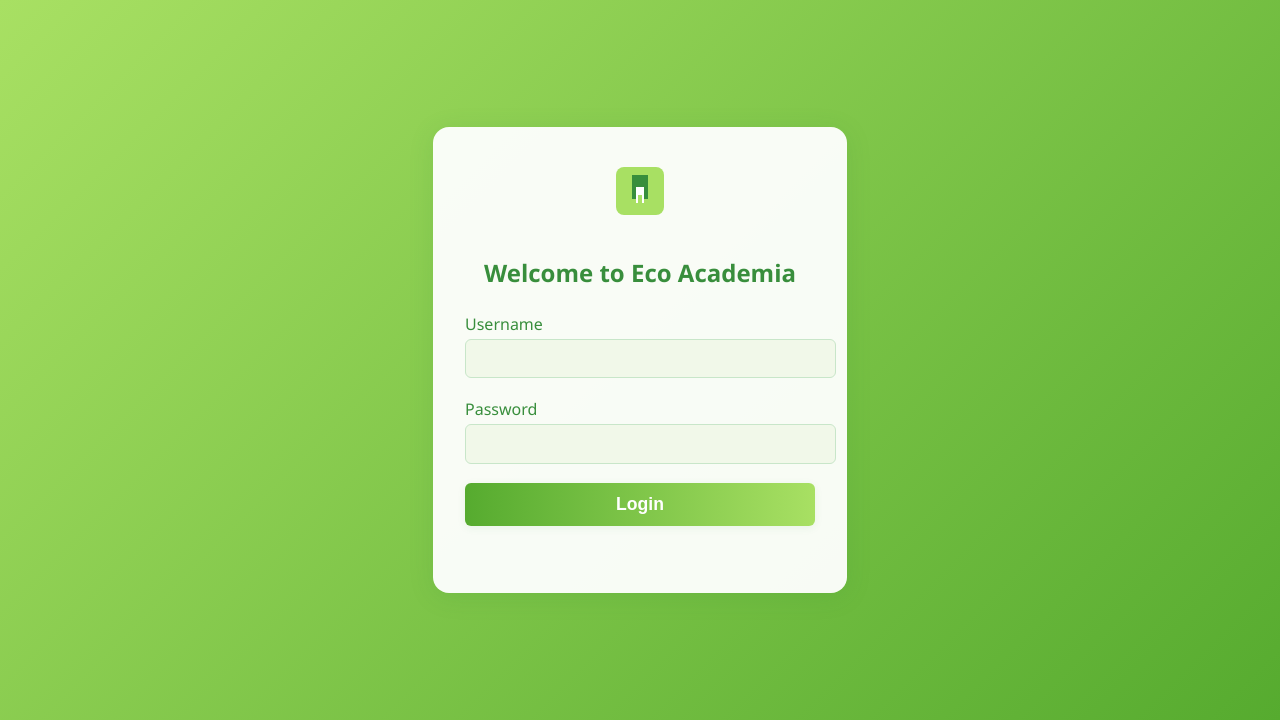
Repository: hotaruhshs/eco-academia
Page: login/index.html
An editor plug-in stored every save of this project. The page is shown before and after the next save, followed by the edit.
The browser window is 1280 px wide. The pictures show the whole page.

Above is the page before, as saved 2025-07-06 01:04:31.

After the next save:
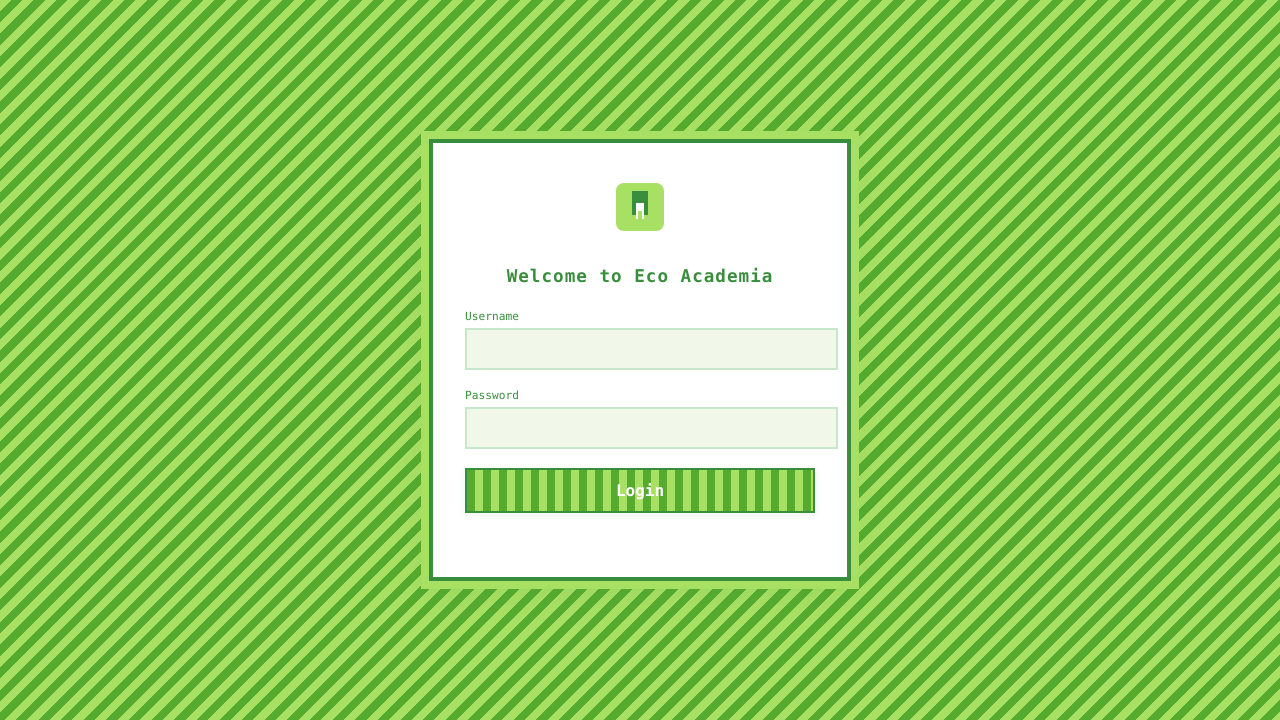
Saved 14 s later.
--- a/login/css/login.css
+++ b/login/css/login.css
@@ -1,10 +1,10 @@
-/* Nature theme login page */
+/* Pixel art nature theme login page */
 body {
     margin: 0;
     padding: 0;
     min-height: 100vh;
-    font-family: 'Segoe UI', Arial, sans-serif;
-    background: linear-gradient(135deg, #a8e063 0%, #56ab2f 100%);
+    font-family: 'Press Start 2P', 'Consolas', monospace;
+    background: repeating-linear-gradient(135deg, #a8e063 0px, #a8e063 8px, #56ab2f 8px, #56ab2f 16px);
     display: flex;
     align-items: center;
     justify-content: center;
@@ -19,23 +19,29 @@
 }
 
 .login-card {
-    background: rgba(255,255,255,0.95);
-    border-radius: 16px;
-    box-shadow: 0 4px 24px rgba(56, 142, 60, 0.15);
+    background: #fff;
+    border: 4px solid #388e3c;
+    border-radius: 0;
+    box-shadow: 0 0 0 8px #a8e063, 0 8px 32px rgba(56, 142, 60, 0.15);
     padding: 2.5rem 2rem 2rem 2rem;
     max-width: 350px;
     width: 100%;
     text-align: center;
     position: relative;
+    image-rendering: pixelated;
 }
 
 .login-logo img {
     margin-bottom: 1rem;
+    image-rendering: pixelated;
 }
 
 h2 {
     color: #388e3c;
     margin-bottom: 1.5rem;
+    font-family: 'Press Start 2P', 'Consolas', monospace;
+    font-size: 1.1rem;
+    letter-spacing: 1px;
 }
 
 .input-group {
@@ -48,45 +54,53 @@
     margin-bottom: 0.3rem;
     color: #388e3c;
     font-weight: 500;
+    font-family: 'Press Start 2P', 'Consolas', monospace;
+    font-size: 0.7rem;
 }
 
 .input-group input {
     width: 100%;
     padding: 0.6rem;
-    border: 1px solid #c8e6c9;
-    border-radius: 6px;
+    border: 2.5px solid #c8e6c9;
+    border-radius: 0;
     font-size: 1rem;
     background: #f1f8e9;
+    font-family: 'Press Start 2P', 'Consolas', monospace;
+    image-rendering: pixelated;
     transition: border 0.2s;
 }
 
 .input-group input:focus {
-    border: 1.5px solid #388e3c;
+    border: 2.5px solid #388e3c;
     outline: none;
 }
 
 button[type="submit"] {
     width: 100%;
     padding: 0.7rem;
-    background: linear-gradient(90deg, #56ab2f 0%, #a8e063 100%);
+    background: repeating-linear-gradient(90deg, #56ab2f 0px, #56ab2f 8px, #a8e063 8px, #a8e063 16px);
     color: #fff;
-    border: none;
-    border-radius: 6px;
-    font-size: 1.1rem;
+    border: 2.5px solid #388e3c;
+    border-radius: 0;
+    font-size: 1rem;
+    font-family: 'Press Start 2P', 'Consolas', monospace;
     font-weight: 600;
     cursor: pointer;
     box-shadow: 0 2px 8px rgba(56, 142, 60, 0.08);
+    image-rendering: pixelated;
     transition: background 0.2s;
 }
 
 button[type="submit"]:hover {
-    background: linear-gradient(90deg, #388e3c 0%, #a8e063 100%);
+    background: repeating-linear-gradient(90deg, #388e3c 0px, #388e3c 8px, #a8e063 8px, #a8e063 16px);
 }
 
 #loginMessage {
     margin-top: 1rem;
     color: #d32f2f;
     min-height: 1.2em;
+    font-family: 'Press Start 2P', 'Consolas', monospace;
+    font-size: 0.8rem;
 }
 
 @media (max-width: 500px) {
@@ -95,3 +109,5 @@
         max-width: 95vw;
     }
 }
+
+@import url('https://fonts.googleapis.com/css2?family=Press+Start+2P&display=swap');
